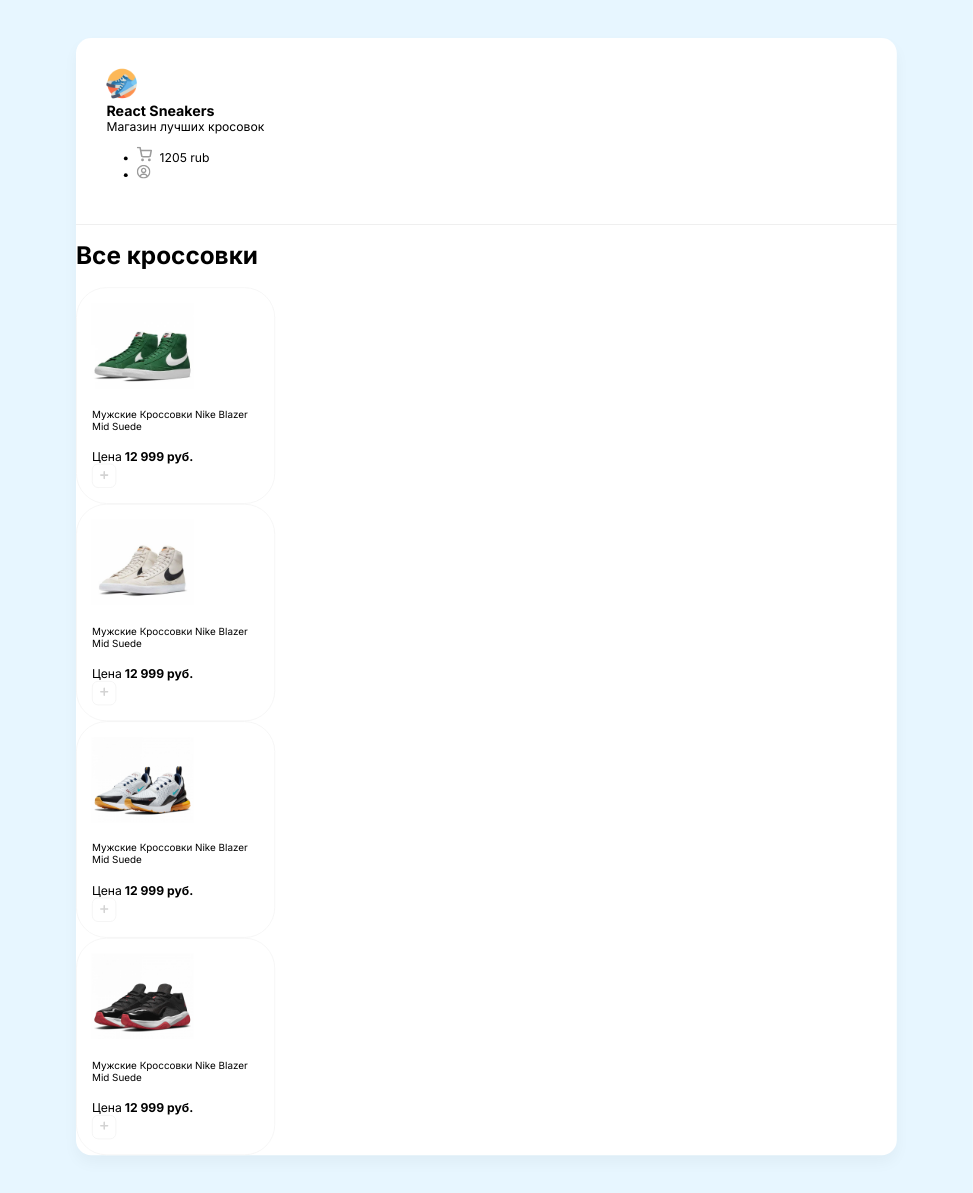
Repository: iveivs/sneakers
Page: /
The author's editor kept a copy of each file at every save. The page is drawn from the files as they stood at one save, then again after a run of saves.
The browser window is 1280 px wide. The pictures show the whole page, at 76% of full size.
The project was rebuilt for these pictures with package versions that can differ from the ones it lists, and the page was loaded fresh each time.

Above is the page before, as saved 2024-02-10 18:17:51.

After the next 3 saves:
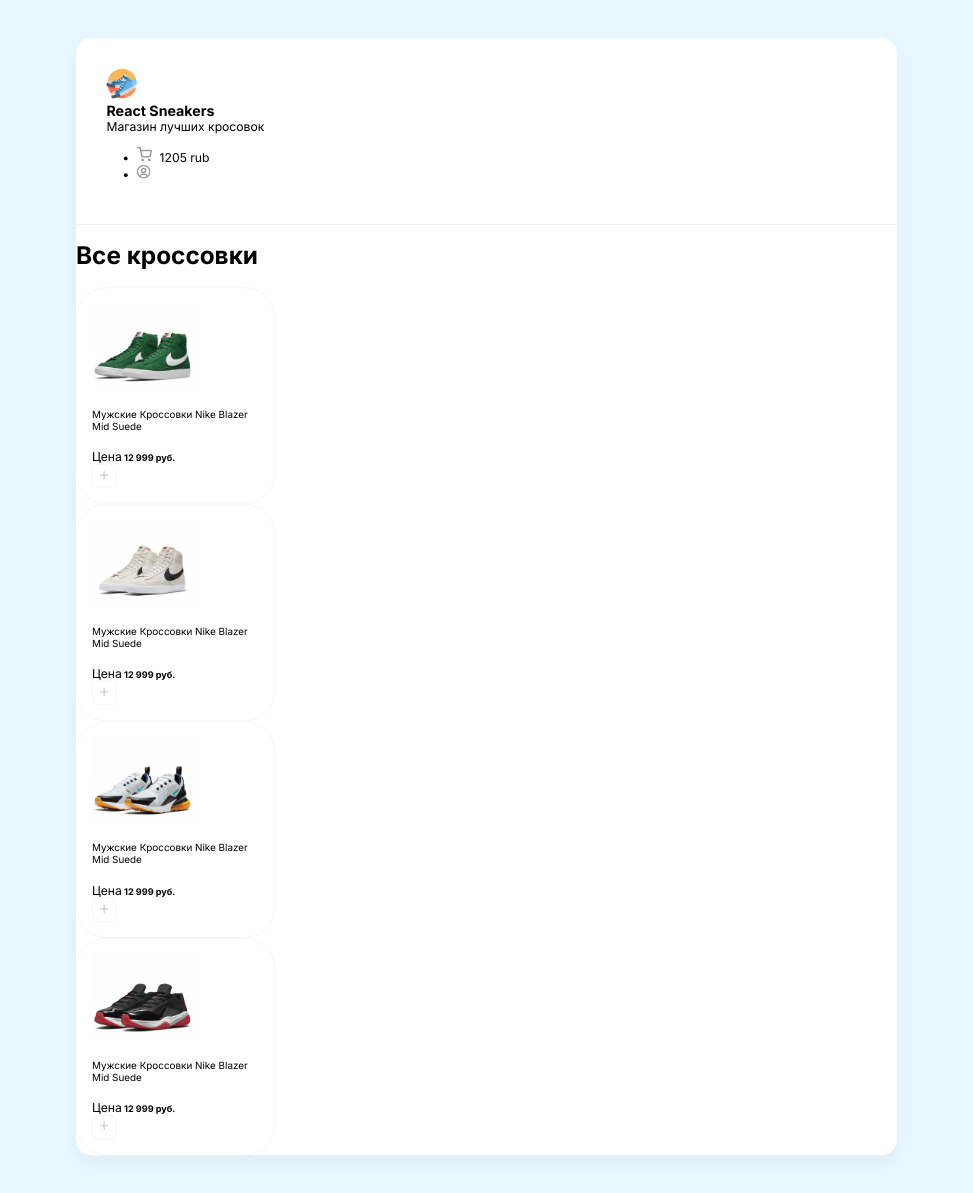
The 3 saves are shown as one change because they came seconds apart.
The last was saved 9 s later.
--- a/src/index.scss
+++ b/src/index.scss
@@ -35,9 +35,7 @@
     margin-left: 10px;
     // font-size: 12px;
   }
-  b {
-    font-size: 12px;
-  }
+
 }
 .card {
   border: 1px solid #f3f3f3;
@@ -49,4 +47,8 @@
     font-weight: 400;
     font-size: 13px;
   }
+
+  b {
+    font-size: 12px;
+  }
 }
